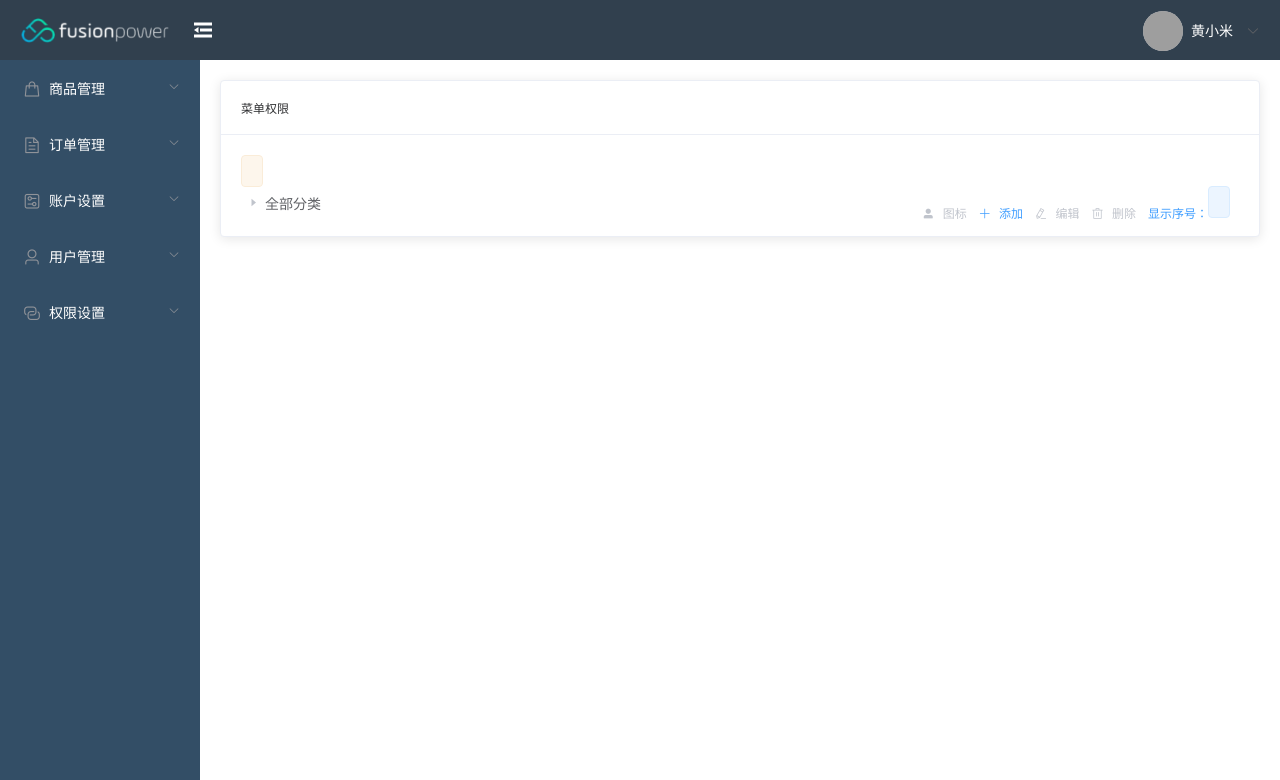
Repository: HanNing-cyber/vue-cms-project
Page: /#/auth/menu
The author's editor kept a copy of each file at every save. The page is drawn from the files as they stood at one save, then again after a run of saves.
The browser window is 1280 px wide. The pictures show the whole page.
Pictures or frames that could not be fetched are drawn as grey boxes. The project was rebuilt for these pictures with package versions that can differ from the ones it lists, and the page was loaded fresh each time. Also part of the build but not shown: vue.config.js, src/views/Login.vue, src/views/Register.vue.

Above is the page before, as saved 2020-05-06 00:31:05.

After the next 2 saves:
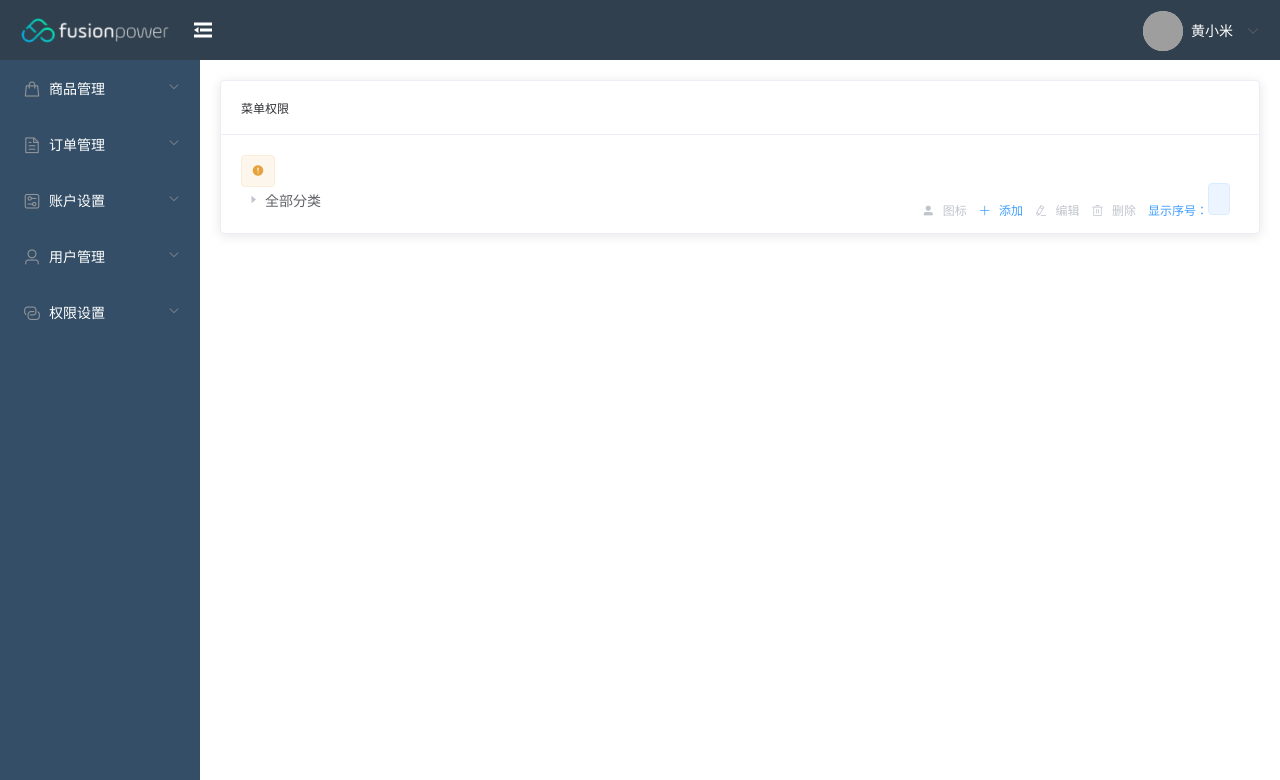
The 2 saves are shown as one change because they came seconds apart.
The last was saved 63 s later.
--- a/src/views/Auth/Menu.vue
+++ b/src/views/Auth/Menu.vue
@@ -7,7 +7,7 @@
 			<!-- <el-tree :data="data" :props="defaultProps" @node-click="handleNodeClick"></el-tree> -->
 			<div class="custom-tree-container">
 				<el-tag type="warning">
-					<div class="left-tip" icon="el-icon-warning"></div>
+					<div class="left-tip"><i class="el-icon-warning"></i></div>
 					<div class="right-tip"></div>
 				</el-tag>
 				<div class="block">
